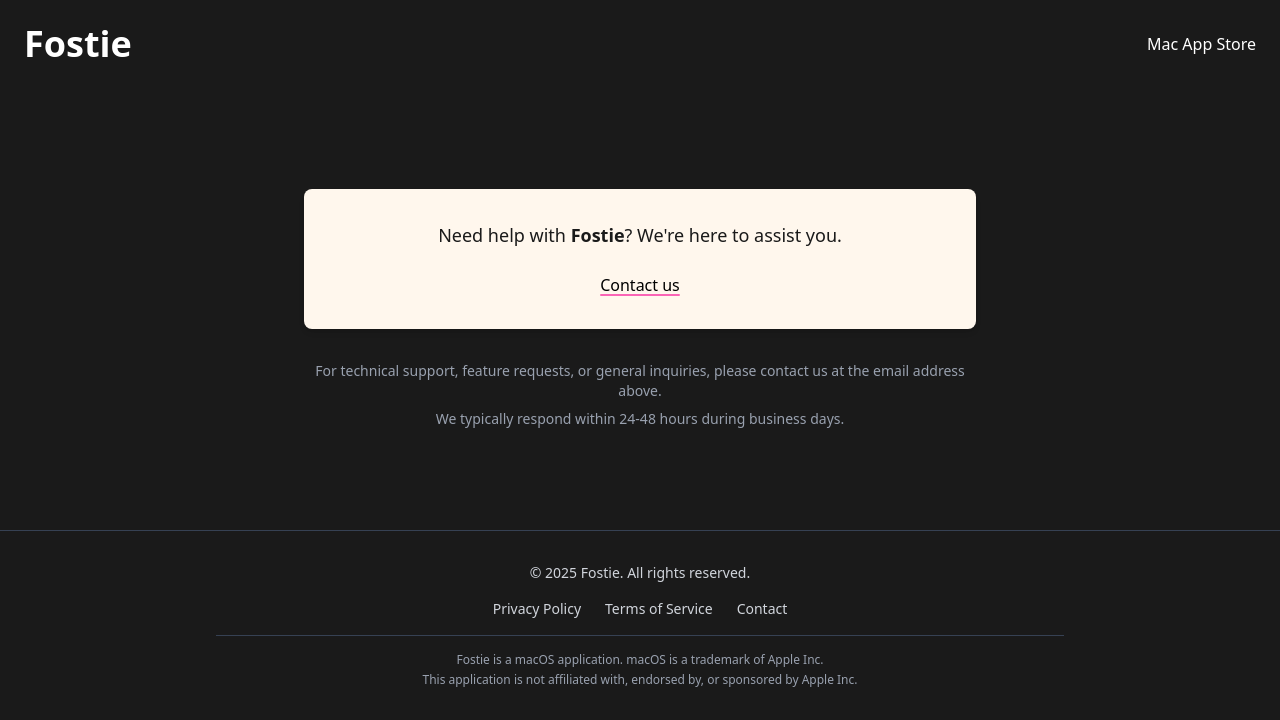
Repository: atimael/fostie-web
Page: /
The author's editor kept a copy of each file at every save. The page is drawn from the files as they stood at one save, then again after the next save.
The browser window is 1280 px wide. The pictures show the whole page.
The project was rebuilt for these pictures with package versions that can differ from the ones it lists, and the page was loaded fresh each time. The framework's server and built-in components were replaced by stand-ins that run in the browser. Also part of the build but not shown: next.config.js.

Above is the page before, as saved 2025-05-27 20:21:12.

After the next save:
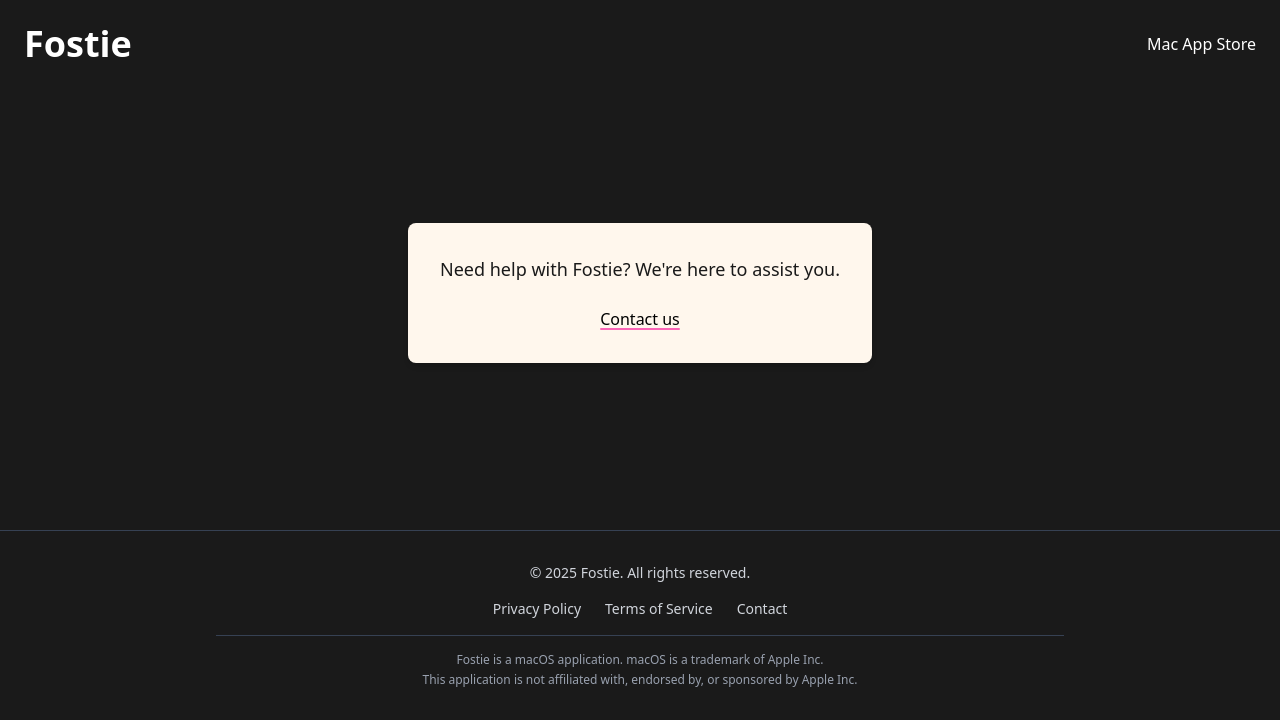
Saved 41 s later.
--- a/components/main.tsx
+++ b/components/main.tsx
@@ -4,8 +4,7 @@
       <div className="max-w-2xl mx-auto text-center">
         <div className=" bg-orange-50 rounded-lg shadow-md p-8 mb-8">
           <p className="text-lg text-[#1a1a1a] mb-6">
-            Need help with <span className="font-extrabold">Fostie</span>? We're
-            here to assist you.
+            Need help with Fostie? We're here to assist you.
           </p>
 
           <div className="space-y-4">
@@ -23,14 +22,6 @@
             </div>
           </div>
         </div>
-
-        <div className="text-sm text-gray-500 dark:text-gray-400 space-y-2">
-          <p>
-            For technical support, feature requests, or general inquiries,
-            please contact us at the email address above.
-          </p>
-          <p>We typically respond within 24-48 hours during business days.</p>
-        </div>
       </div>
     </div>
   );
